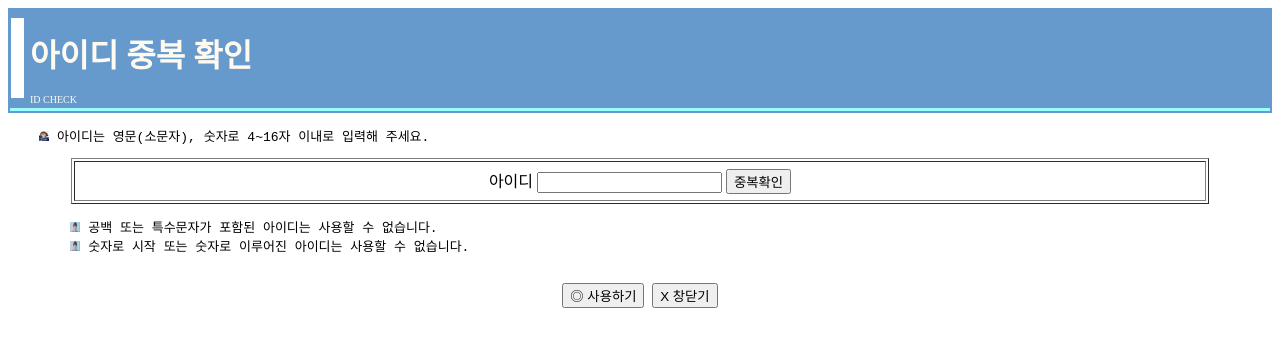
Repository: Leewonhoo/kostaweb
Page: Web_hello/WebContent/IdCheck.html
An editor plug-in stored every save of this project. The page is shown before and after the next save, followed by the edit.
The browser window is 1280 px wide. The pictures show the whole page.

Above is the page before, as saved 2017-09-08 08:07:19.

### Web_hello/WebContent/IdCheck.html
<!DOCTYPE html PUBLIC "-//W3C//DTD HTML 4.01 Transitional//EN" "http://www.w3.org/TR/html4/loose.dtd">
<html>
<head>
<meta http-equiv="Content-Type" content="text/html; charset=EUC-KR">
<title>Insert title here</title>
</head>
<body>
	<table bgcolor="#6699cc" width="100%">
		<tr>
			<td width="15px">
				<img alt="X" src="images/stick.png" width="13px" height="80px">
			</td>
			<td>
				<h3><font color="#fffaf0" size="6px">아이디 중복 확인</font></h3>
				<font color="#fffaf0" size="1px">ID CHECK</font>
			</td>
		</tr>
		<tr height="3px">
			<td colspan="2" bgcolor="#9cffff"></td>
		</tr>
	</table>
	<pre>    <img alt="X" src="images/park2.jpg" width="10px" height="10px"> 아이디는 영문(소문자), 숫자로 4~16자 이내로 입력해 주세요.</pre>
	<table border="1" width="90%" align="center">
		<tr height="40px">
			<td align="center">
				아이디
				<input type="text" size="20">
				<input type="button" value="중복확인">
			</td>
		</tr>
	</table>
	<pre>
	<img alt="*" src="images/park1.jpg" width="10px" height="10px"> 공백 또는 특수문자가 포함된 아이디는 사용할 수 없습니다.
	<img alt="*" src="images/park1.jpg" width="10px" height="10px"> 숫자로 시작 또는 숫자로 이루어진 아이디는 사용할 수 없습니다.
	</pre>
	<pre align="center"><input type="button" value="◎ 사용하기"> <input type="button" value="X 창닫기"></pre>

</body>
</html>

After the next save:
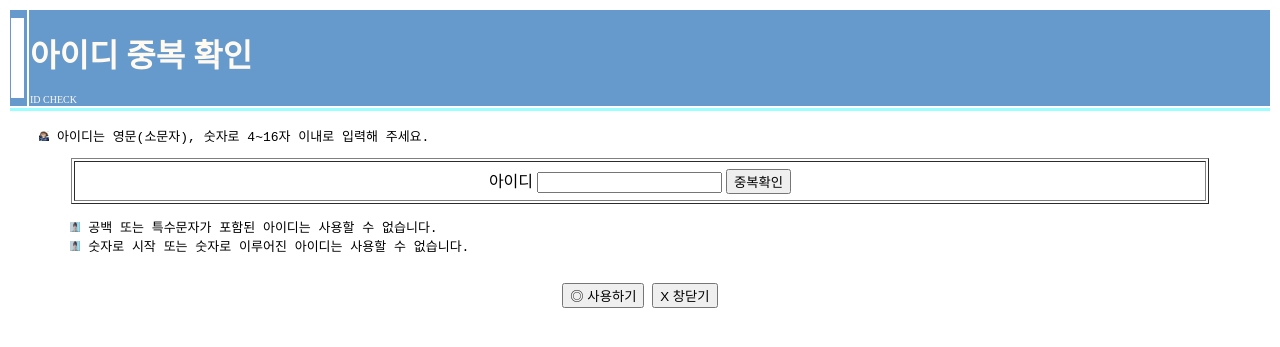
Saved 16 s later.
--- a/Web_hello/WebContent/IdCheck.html
+++ b/Web_hello/WebContent/IdCheck.html
@@ -5,8 +5,8 @@
 <title>Insert title here</title>
 </head>
 <body>
-	<table bgcolor="#6699cc" width="100%">
-		<tr>
+	<table width="100%">
+		<tr bgcolor="#6699cc">
 			<td width="15px">
 				<img alt="X" src="images/stick.png" width="13px" height="80px">
 			</td>

After the save that followed:
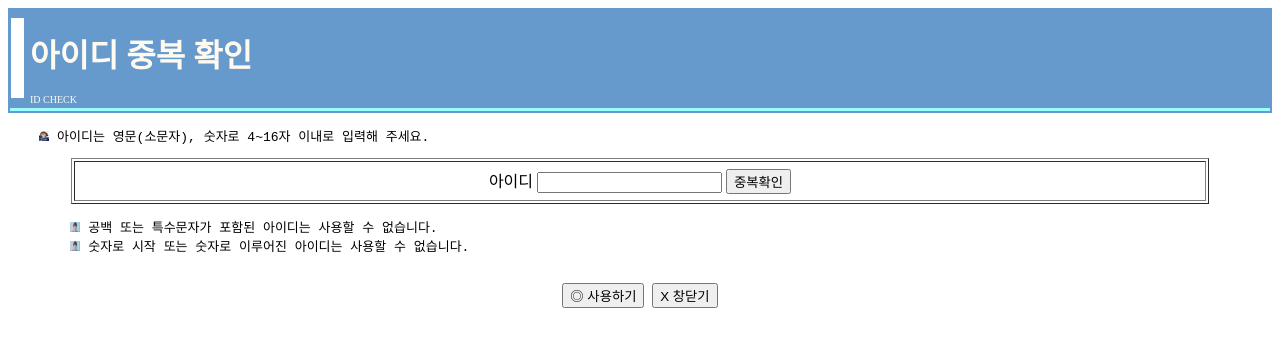
Saved 9 s later.
--- a/Web_hello/WebContent/IdCheck.html
+++ b/Web_hello/WebContent/IdCheck.html
@@ -5,8 +5,8 @@
 <title>Insert title here</title>
 </head>
 <body>
-	<table width="100%">
-		<tr bgcolor="#6699cc">
+	<table bgcolor="#6699cc" width="100%">
+		<tr>
 			<td width="15px">
 				<img alt="X" src="images/stick.png" width="13px" height="80px">
 			</td>
